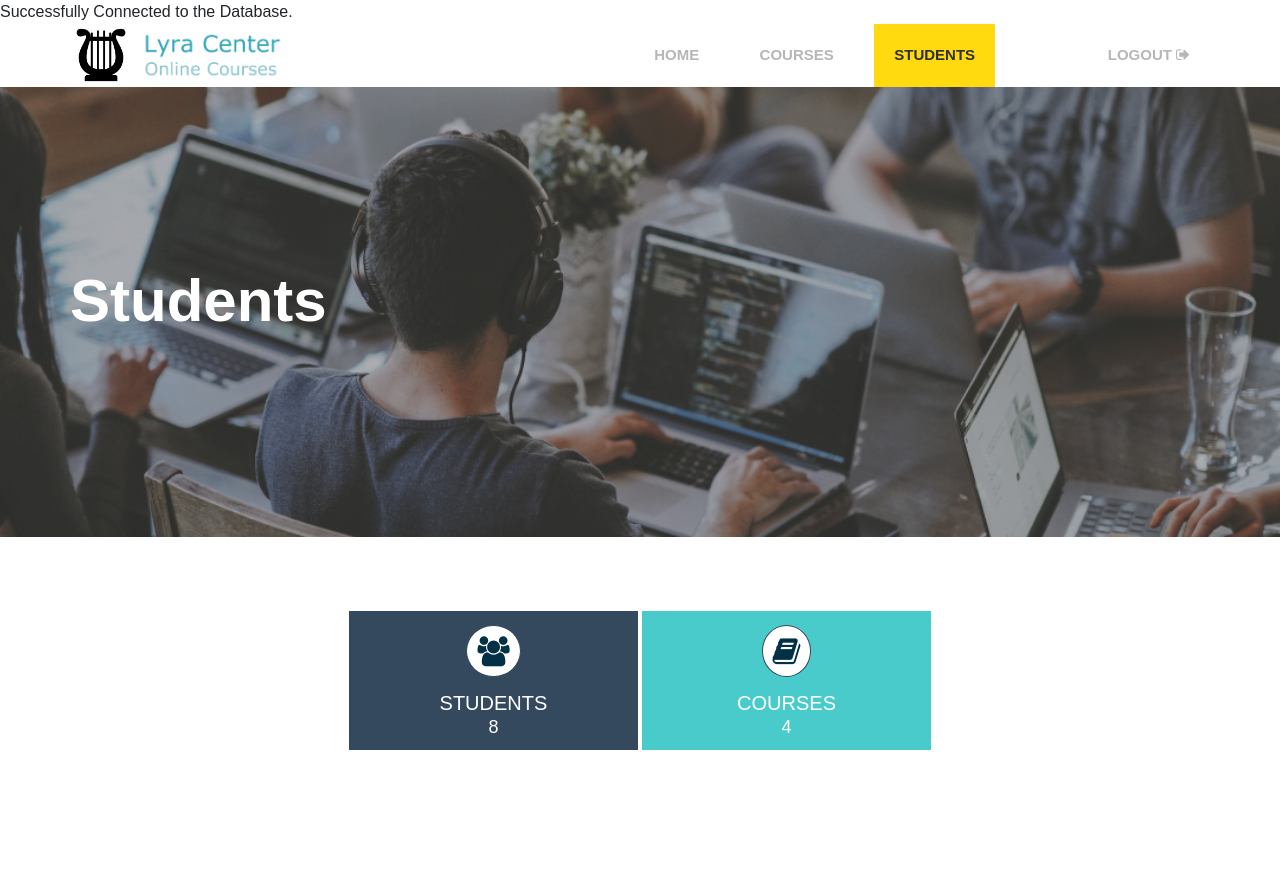
Repository: jersmaecrz/lyra-center
Page: http://localhost/aStudents.php
The author's editor kept a copy of each file at every save. The page is drawn from the files as they stood at one save, then again after the next save.
The browser window is 1280 px wide. The pictures show the whole page.
Some web fonts or font styles are not loaded; a fallback is used. The page is run by PHP 8.4 with error messages shown; the project is at /var/www/html/. The database holds what the project's SQL file puts in it.

Above is the page before, as saved 2022-12-03 23:28:35.

### aStudents.php
<?php
    include "admin-dashboard.php";
?>
<!DOCTYPE html>
<html lang="zxx">
<head>
    <link rel="icon" href="img/lyre.png">
    <meta charset="UTF-8">
    <meta name="description" content="Anime Template">
    <meta name="keywords" content="Anime, unica, creative, html">
    <meta name="viewport" content="width=device-width, initial-scale=1.0">
    <meta http-equiv="X-UA-Compatible" content="ie=edge">
    <title>Lyra | Students</title>
    <link rel="stylesheet" href="css/admin-home-style.css" type="text/css">

    <!-- Google Font -->
    <link href="https://fonts.googleapis.com/css2?family=Mulish:wght@300;400;500;600;700;800;900&display=swap"
    rel="stylesheet">

    <link rel="preconnect" href="https://fonts.googleapis.com">
    <link rel="preconnect" href="https://fonts.gstatic.com" crossorigin>
    <link href="https://fonts.googleapis.com/css2?family=Open+Sans:wght@700&display=swap" rel="stylesheet">

    <!-- Css Styles -->
    <link rel="stylesheet" href="css/bootstrap.min.css" type="text/css">
    <link rel="stylesheet" href="css/font-awesome.min.css" type="text/css">
    <link rel="stylesheet" href="css/elegant-icons.css" type="text/css">
    <link rel="stylesheet" href="css/plyr.css" type="text/css">
    <link rel="stylesheet" href="css/nice-select.css" type="text/css">
    <link rel="stylesheet" href="css/owl.carousel.min.css" type="text/css">
    <link rel="stylesheet" href="css/slicknav.min.css" type="text/css">
    <link rel="stylesheet" href="css/style.css" type="text/css">
</head>

<body>
    <!-- Page Preloder -->
    <div id="preloder">
        <div class="loader"></div>
    </div>

    <!-- Header Section Begin -->
    <header class="header">
        <div class="container">
            <div class="row">
                <div class="col-lg-5">
                    <div class="header__logo">
                        <a href="./aHome.php">
                            <img src="img/lyre.png" alt="" width=62px>
                            <img src="img/lyra.png" alt="" width=150px>
                        </a>
                    </div>
                </div>
                <div class="col-lg-7">
                    <div class="header__nav">
                        <nav class="header__menu mobile-menu">
                            <ul>
                                <li ><a href="./aHome.php">HOME</a></li>
                                <li ><a href="./aCourses.php">COURSES</a></li>
                                <li class="active"><a href="./aStudents.php">STUDENTS</a></li>
                                <li class="right"><a href="./signup.html">LOGOUT <i class="fa fa-sign-out" aria-hidden="true"></i></a></li>
                            </ul>
                        </nav>
                    </div>
                </div>

            </div>
            <div id="mobile-menu-wrap"></div>
        </div>
    </header>
    <!-- Header End -->


    <!-- Normal Breadcrumb Begin -->
    <section class="normal-breadcrumb set-bg" data-setbg="img/banner.png">
        <div class="container">
            <div class="row">
                <div class="col-lg-5">
                    <div class="normal__breadcrumb__text">
                        <h2>Students</h2>
                    </div>
                </div>
            </div>
        </div>

    </section>
    <!-- Normal Breadcrumb End -->
<br>

<!-- Dashboard -->
<div class="container">
    <div class="row">
            <div class="col-lg-12 normal__breadcrumb__text">
                <div class="main-section normal__breadcrumb__text">
                    <div class="dashboard blueDash">
                        <div class="icon-section">
                            <i class="icon fa fa-users" aria-hidden="true"></i><br>
                            <h3>STUDENTS</h3>
                            <?php
                                $dash = new Dashboard ();
                                $dash -> countStudents($pdo)
                            ?>
                            <p><?php echo $dash ->getStudents() ?></p>
                        </div>
                    </div>
                    <div class="dashboard yellowDash">
                        <div class="icon-section">
                            <i class="icon fa fa-book" aria-hidden="true"></i><br>
                            <h3>COURSES</h3>
                            <?php
                                $dash -> countCourses($pdo)
                            ?>
                            <p><?php echo $dash ->getCourses() ?></p>
                        </div>

                    </div>
            </div>
    </div>
</div>
<br>
<br>
<br>
<br>
<br>

<!-- Footer Section Begin
<footer class="footer">
    <div class="page-up">
        <a href="#" class="scroll"><span class="arrow_carrot-up"></span></a>
    </div>
    <div class="container">
        <div class="row">
            <div class="col-lg-3">
                <div class="footer__logo">
                    <a href="./index.html">
                        <img src="img/mango manga.png" alt="" width=80px>
                        <img src="img/mm.png" alt="" width=110px>
                    </a>
                </div>
            </div>
            <div class="col-lg-6">
                <div class="footer__nav">
                    <ul>
                        <li class="active"><a href="./index.html">HOME</a></li>
                        <li ><a href="./courses.html">COURSES</a></li>
                        <li ><a href="./signup.html">STUDENTS</a></li>

                    </ul>
                </div>
            </div>

          </div>
      </div>
  </footer>
  <!-- Footer Section End -->


<!-- Js Plugins -->
<script src="js/jquery-3.3.1.min.js"></script>
<script src="js/bootstrap.min.js"></script>
<script src="js/player.js"></script>
<script src="js/jquery.nice-select.min.js"></script>
<script src="js/mixitup.min.js"></script>
<script src="js/jquery.slicknav.js"></script>
<script src="js/owl.carousel.min.js"></script>
<script src="js/main.js"></script>


</body>

</html>

### admin-dashboard.php
<?php
   require_once("config.php");
   class Dashboard {
        //Attributes
        public $name;
        public $courses;
        //Create setters
        function setStudents($students){
            $this -> students = $students;
        }
        function setCourses($courses){
            $this -> courses = $courses;
        }
        //Create getters
        function getStudents(){
            return $this -> students;
        }
        function getCourses(){
            return $this -> courses;
        }
        function countStudents($pdo){
            $query = "SELECT * FROM users";
            $stmt = $pdo-> prepare($query);
            $stmt -> execute();
            $rows = $stmt -> fetchAll();
            $rowCount = $stmt->rowCount();
            $this -> setStudents($rowCount);
        }
        function countCourses($pdo){
            $query = "SELECT * FROM courses";
            $stmt = $pdo-> prepare($query);
            $stmt -> execute();
            $rows = $stmt -> fetchAll();
            $rowCount = $stmt->rowCount();
            $this -> setCourses($rowCount);
        }
    }
?>

### config.php
<?php
    $host = "remotemysql.com";
    $user = "NsqxjSUDbx";
    $password = "wLgUwnheJo";
    $dbName = "NsqxjSUDbx" ;
    //Connect to database using PDO
    try {
        $dsn ="mysql:host=$host;dbname=$dbName";
        $pdo = new PDO($dsn,$user, $password);
        //Check the connection
        $pdo->setAttribute(PDO::ATTR_DEFAULT_FETCH_MODE,PDO::FETCH_OBJ);
        $pdo->setAttribute(PDO::ATTR_ERRMODE,PDO::ERRMODE_EXCEPTION);
        echo "Successfully Connected to the Database.";
    } catch(PDOException $e) {
        echo "Unable to Connect to DB: ". $e->getMessage();
    }
?>

### css/admin-home-style.css
.right {
    float: right;
}
.scroll {
    margin-left: -50px;
    margin-top: -50px;
}
.main-section{
	width:80%;
	margin:0 auto;
	text-align: center;
	padding: 0px 5px;
}
.dashboard{
	width:32%;
	display: inline-block;
	color:#fff;
	margin-top: 50px;
}
.icon-section i{
	font-size: 30px;
	padding:10px;
	border:1px solid #34495E;
	margin-bottom: 10px;
    margin: 5%;
	background-color:#fff;
    border-radius: 50%;
}
.icon-section h3{
	font-size: 20px;
    color: #fff;
	font-family: "Mulish", sans-serif;
}
.icon-section p{
	margin:0px;
	font-size: 20px;
	padding-bottom: 10px;
	font-family: "Mulish", sans-serif;
}
.icon {
    color: #023047;
}
.blueDash {
    background-color:#34495E;

}
.yellowDash {
    background-color:#4ACBCB;

}

### sql.sql (the tables this page reads)
CREATE TABLE `courses` (
  `crsID` varchar(100) COLLATE utf8_unicode_ci NOT NULL,
  `crsName` varchar(200) COLLATE utf8_unicode_ci NOT NULL,
  `crsInstructor` varchar(200) COLLATE utf8_unicode_ci NOT NULL,
  `crsPrice` float NOT NULL,
  `crsDesc` varchar(500) COLLATE utf8_unicode_ci NOT NULL
) ENGINE=InnoDB DEFAULT CHARSET=utf8 COLLATE=utf8_unicode_ci;

INSERT INTO `courses` (`crsID`, `crsName`, `crsInstructor`, `crsPrice`, `crsDesc`) VALUES
('FE ELEC ', 'IP EXAM', 'Sir PHILNITS', 1300, 'Online Course'),
('ICS 26016', 'Technopreneuship', 'Ma\'am Maria Christina Aragon', 1500, 'Entrepreneurial skills.'),
('ICS26013', 'Software Engineering 2', 'Inst. Lopez', 5000, 'Lorem ipsum'),
('IT ELEC3C', 'Web Application Development with PHP', 'Gabriel Montano', 1000, '3 Months PHP Online Course');

ALTER TABLE `courses`
  ADD UNIQUE KEY `crsID` (`crsID`);

CREATE TABLE `users` (
  `id` int(11) NOT NULL,
  `name` varchar(100) NOT NULL,
  `username` varchar(100) NOT NULL,
  `email` varchar(100) NOT NULL,
  `user_type` varchar(100) NOT NULL,
  `password` varchar(100) NOT NULL
) ENGINE=InnoDB DEFAULT CHARSET=utf8mb4 COLLATE=utf8mb4_0900_ai_ci;

INSERT INTO `users` (`id`, `name`, `username`, `email`, `user_type`, `password`) VALUES
(1, 'Arella Sumabat', 'arellamarie', 'arellamarie.sumabat@gmail.com', 'user', '4573a077f36ee2fd05b3e6054a24aa29'),
(6, 'Leila Gregorio', 'leinami', 'leilapatricia.gregorio.cics@ust.edu.ph', 'admin', '754f9968bf5f5f68d7dea029889b7415'),
(7, 'admin', 'admin', 'admin@gmail.com', 'admin', '21232f297a57a5a743894a0e4a801fc3'),
(8, 'Leila Gregorio', 'leila', 'leilapatricia.gregorio.cics@ust.edu.ph', 'user', '754f9968bf5f5f68d7dea029889b7415'),
(9, 'Jersey Cruz', 'jerss', 'jersuu@email.com', 'user', '202cb962ac59075b964b07152d234b70'),
(10, 'Hello Kitty', 'hellokitty', 'hellokitty03@gmail.com', 'user', '62fbc82dabe52c6e017e8ad9fb8f69a2'),
(11, 'Mya Nava', 'znvry', 'myajaren.nava.cics@ust.edu.ph', 'user', '27cb01c90a7fa07daf3a649f780b7086'),
(12, 'Jersey', 'jersii', 'jerseyy@email.com', 'user', '81dc9bdb52d04dc20036dbd8313ed055');

ALTER TABLE `users`
  ADD PRIMARY KEY (`id`);

ALTER TABLE `users`
  MODIFY `id` int(11) NOT NULL AUTO_INCREMENT, AUTO_INCREMENT=13;

Loaded but not shown: css/bootstrap.min.css (library); css/font-awesome.min.css (library); css/plyr.css (library); css/nice-select.css (common file); css/owl.carousel.min.css (library); css/slicknav.min.css (common file); js/jquery-3.3.1.min.js (library); js/bootstrap.min.js (library); js/player.js (library); js/jquery.nice-select.min.js (common file); js/mixitup.min.js (library); js/jquery.slicknav.js (library); js/owl.carousel.min.js (library); js/main.js (101 lines, source omitted); css/elegant-icons.css (1157 lines, source omitted); css/style.css (1159 lines, source omitted)

After the next save:
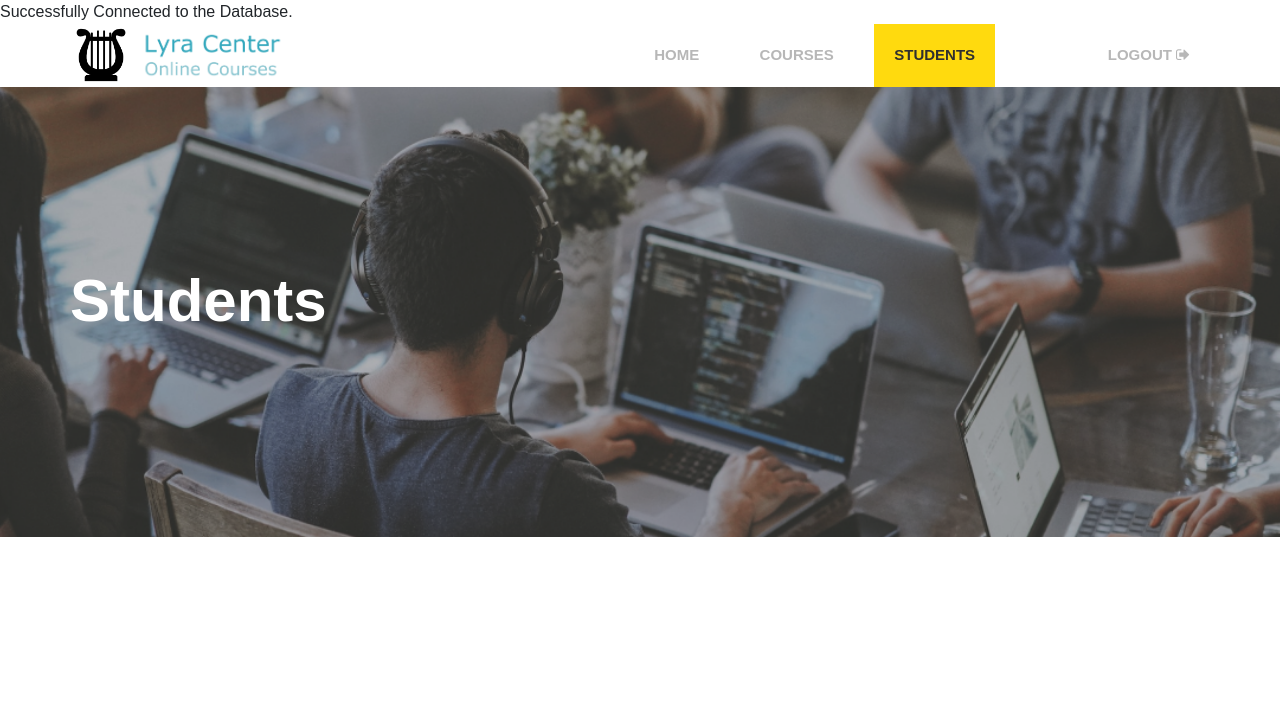
Saved 5 s later.
--- a/aStudents.php
+++ b/aStudents.php
@@ -90,30 +90,7 @@
 <div class="container">
     <div class="row">
             <div class="col-lg-12 normal__breadcrumb__text">
-                <div class="main-section normal__breadcrumb__text">
-                    <div class="dashboard blueDash">
-                        <div class="icon-section">
-                            <i class="icon fa fa-users" aria-hidden="true"></i><br>
-                            <h3>STUDENTS</h3>
-                            <?php
-                                $dash = new Dashboard ();
-                                $dash -> countStudents($pdo)
-                            ?>
-                            <p><?php echo $dash ->getStudents() ?></p>
-                        </div>
-                    </div>
-                    <div class="dashboard yellowDash">
-                        <div class="icon-section">
-                            <i class="icon fa fa-book" aria-hidden="true"></i><br>
-                            <h3>COURSES</h3>
-                            <?php
-                                $dash -> countCourses($pdo)
-                            ?>
-                            <p><?php echo $dash ->getCourses() ?></p>
-                        </div>
 
-                    </div>
-            </div>
     </div>
 </div>
 <br>
